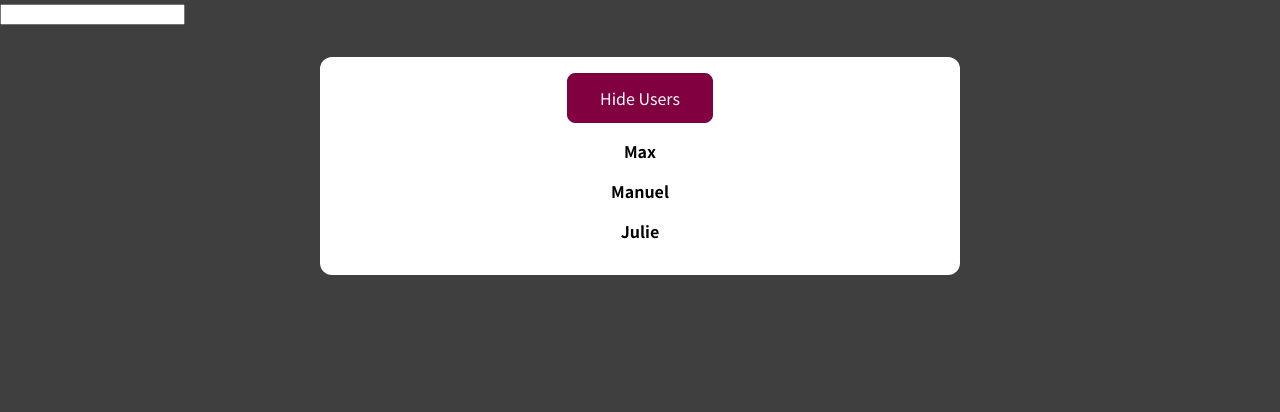
Repository: prathmeshgodbole/React-Class-Based
Page: /
The author's editor kept a copy of each file at every save. The page is drawn from the files as they stood at one save, then again after a run of saves.
The browser window is 1280 px wide. The pictures show the whole page.
The project was rebuilt for these pictures with package versions that can differ from the ones it lists, and the page was loaded fresh each time.

Above is the page before, as saved 2021-07-15 16:08:26.

After the next 4 saves:
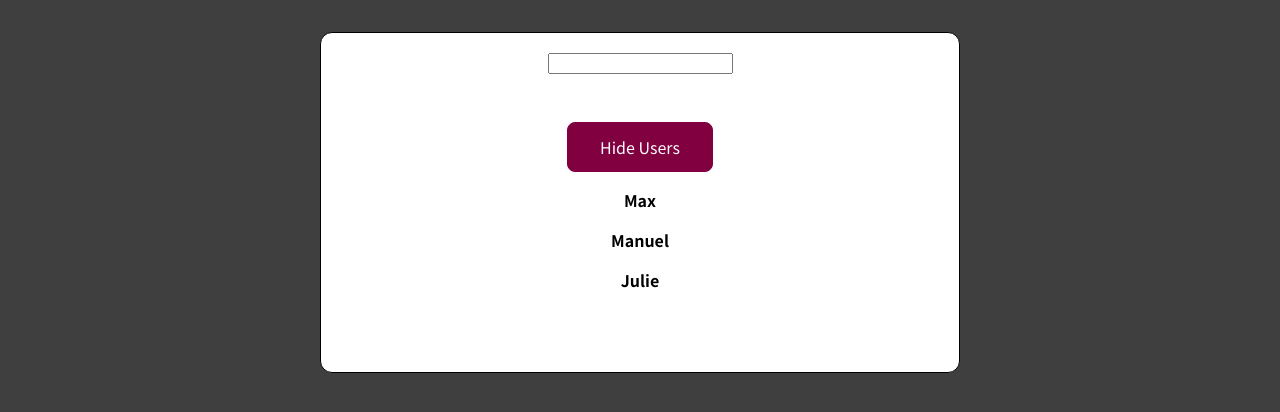
The 4 saves are shown as one change because 1 did not build or start and some came seconds apart.
The last was saved 14 s later.
--- a/src/components/UserFinder.js
+++ b/src/components/UserFinder.js
@@ -38,13 +38,14 @@ if(prevState.searchTerm !==this.state.searchTerm){
   render() {
     return (
       <Fragment>
-      <div></div>
+      <div className={classes.finder}>
         <input
 
           type="search"
           onChange={this.searchChangeHandler.bind(this)}
         />
         <Users users={this.state.filteredUsers} />
+        </div>
       </Fragment>
     );
   }
